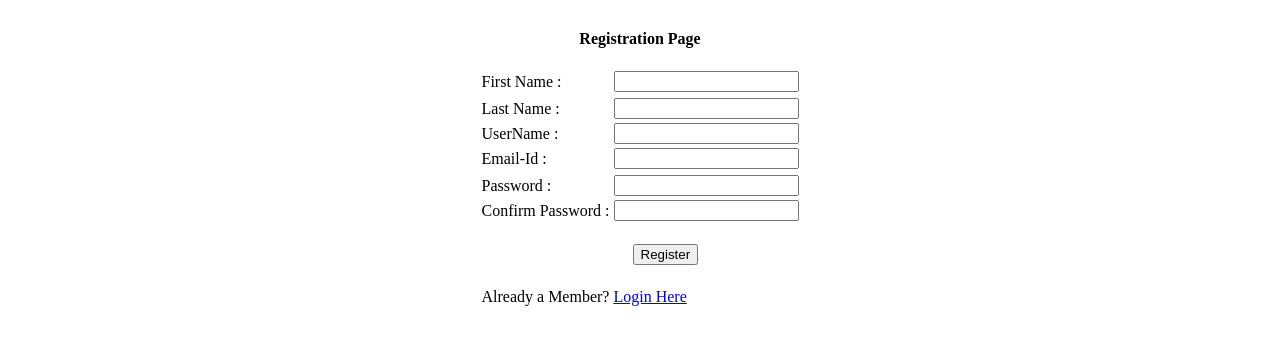
Repository: ShegokarSneha/Login-Registration
Page: http://localhost/LoginRegistration/Register.jsp
An editor plug-in stored every save of this project. The page is shown before and after the next save, followed by the edit.
The browser window is 1280 px wide. The pictures show the whole page.
The page is served by Tomcat 9. Other server files are loaded and not shown.

Above is the page before, as saved 2019-07-09 13:20:36.

### LoginRegistration/WebContent/Register.jsp
<%@ page language="java" contentType="text/html; charset=UTF-8"
	pageEncoding="UTF-8"%>
<!DOCTYPE html>
<html>
<head>
<meta charset="UTF-8">
<title>Insert title here</title>
</head>
<body>
	<form action="Registration" method="post">
		<table align ="center">
			<tr>
				<th colspan="2" style="padding: 20px">Registration Page</th>
			</tr>
			<tr>
				<td>First Name :</td>
				<td><input type="text" name="fname"></td>
			<tr>
			<tr>
				<td>Last Name :</td>
				<td><input type="text" name="lname"></td>
			<tr>
				<td>UserName :</td>
				<td><input type="text" name="username"></td>
			<tr>
				<td>Email-Id :</td>
				<td><input type="text" name="email"></td>
			<tr>
			<tr>
				<td>Password :</td>
				<td><input type="password" name="password"></td>
			<tr>
				<td>Confirm Password :</td>
				<td><input type="password" name="confirmpassword"></td>
			<tr>
				<td></td>
				<td colspan = "2"style="padding: 20px;"><input type="Submit" name="Submit"
					value="Register"></td>
			</tr>
			<tr>
				<td colspan="2">Already a Member? <a href="Login.jsp">Login
						Here</a></td>
			</tr>
		</table>
	</form>
</body>
</html>

After the next save:
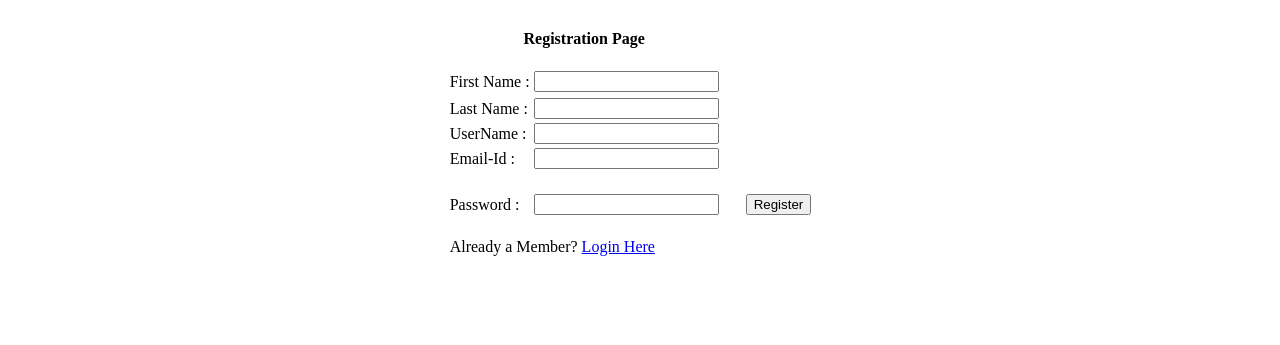
Saved 36 s later.
--- a/LoginRegistration/WebContent/Register.jsp
+++ b/LoginRegistration/WebContent/Register.jsp
@@ -8,7 +8,7 @@
 </head>
 <body>
 	<form action="Registration" method="post">
-		<table align ="center">
+		<table align="center">
 			<tr>
 				<th colspan="2" style="padding: 20px">Registration Page</th>
 			</tr>
@@ -29,13 +29,10 @@
 			<tr>
 				<td>Password :</td>
 				<td><input type="password" name="password"></td>
-			<tr>
-				<td>Confirm Password :</td>
-				<td><input type="password" name="confirmpassword"></td>
-			<tr>
+
 				<td></td>
-				<td colspan = "2"style="padding: 20px;"><input type="Submit" name="Submit"
-					value="Register"></td>
+				<td colspan="2" style="padding: 20px;"><input type="Submit"
+					name="Submit" value="Register"></td>
 			</tr>
 			<tr>
 				<td colspan="2">Already a Member? <a href="Login.jsp">Login

After the save that followed:
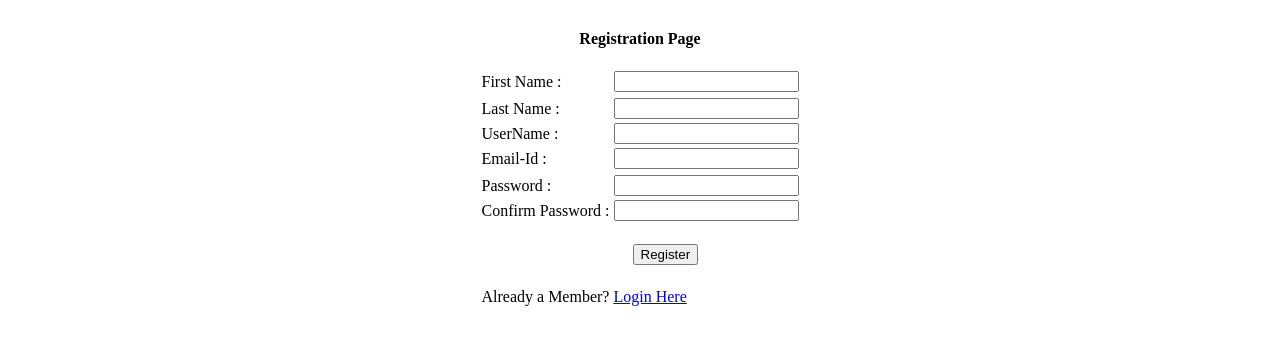
Saved 43 s later.
--- a/LoginRegistration/WebContent/Register.jsp
+++ b/LoginRegistration/WebContent/Register.jsp
@@ -8,7 +8,7 @@
 </head>
 <body>
 	<form action="Registration" method="post">
-		<table align="center">
+		<table align ="center">
 			<tr>
 				<th colspan="2" style="padding: 20px">Registration Page</th>
 			</tr>
@@ -29,10 +29,13 @@
 			<tr>
 				<td>Password :</td>
 				<td><input type="password" name="password"></td>
-
+			<tr>
+				<td>Confirm Password :</td>
+				<td><input type="password" name="confirmpassword"></td>
+			<tr>
 				<td></td>
-				<td colspan="2" style="padding: 20px;"><input type="Submit"
-					name="Submit" value="Register"></td>
+				<td colspan = "2"style="padding: 20px;"><input type="Submit" name="Submit"
+					value="Register"></td>
 			</tr>
 			<tr>
 				<td colspan="2">Already a Member? <a href="Login.jsp">Login
